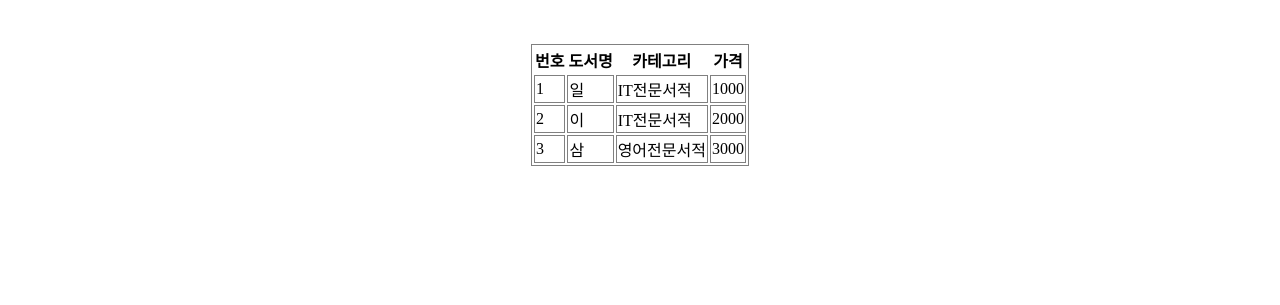
Repository: phoresis92/KITRI_JSP
Page: http://localhost/eljstl2/product.do
The author's editor kept a copy of each file at every save. The page is drawn from the files as they stood at one save, then again after the next save.
The browser window is 1280 px wide. The pictures show the whole page.
The page is served by Tomcat 9. Other server files are loaded and not shown.

Above is the page before, as saved 2018-12-20 07:07:08.

### JSP_workspace/eljstl2/WebContent/productlistresult.jsp
<%@ page import="dto.Product"%>
<%@ page import="java.util.ArrayList"%>
<%@ page language="java" contentType="text/html; charset=UTF-8"
	pageEncoding="UTF-8"%>
<%@ taglib prefix="c" uri="http://java.sun.com/jsp/jstl/core"%>
<!DOCTYPE html>
<html>
<head>
<meta charset="UTF-8">
<title>Insert title here</title>

<style type="text/css">
td {
	border: 1px solid gray;
}
</style>

</head>
<body>

	<%-- 	<%
		ArrayList<Product> list = (ArrayList<Product>) request.getAttribute("PROD");
		Product p1 = list.get(0);
		Product p2 = list.get(1);
		Product p3 = list.get(2);
	%>

	<table style="border: 1px solid gray;">
		<tr>
			<th>번호</th>
			<th>도서명</th>
			<th>카테고리</th>
			<th>가격</th>
		</tr>
		<%
			for (Product p : list) {
		%>
		<tr>
			<td><%=p.getProd_no()%></td>
			<td><%=p.getProd_name()%></td>
			<td><%=p.getProd_cate()%></td>
			<td><%=p.getProd_price()%></td>
		</tr>
		<%
			}
		%>

	</table> --%>

	<c:set var="list" value="${ PROD }" />
	<br><br>
	<table style="border: 1px solid gray; margin: auto;"">
		<tr>
			<th>번호</th>
			<th>도서명</th>
			<th>카테고리</th>
			<th>가격</th>
		</tr>

		<c:forEach items="${ list }" var="prod" varStatus="status">
			<tr>
				<td>${prod.prod_no}</td>
				<td>${prod.prod_name}</td>
				<td>${prod.prod_cate}</td>
				<td>${prod.prod_price}</td>
			</tr>
		</c:forEach>

	</table>

</body>
</html>

### JSP_workspace/eljstl2/src/control/ProductListServlet.java
package control;

import java.io.IOException;
import java.util.ArrayList;
import java.util.List;

import javax.servlet.RequestDispatcher;
import javax.servlet.ServletException;
import javax.servlet.annotation.WebServlet;
import javax.servlet.http.HttpServlet;
import javax.servlet.http.HttpServletRequest;
import javax.servlet.http.HttpServletResponse;

import dto.Category;
import dto.Product;

@WebServlet("/product.do")
public class ProductListServlet extends HttpServlet {
	private static final long serialVersionUID = -5727566417040289456L;

	@Override
	protected void doGet(HttpServletRequest req, HttpServletResponse resp) throws ServletException, IOException {

		List<Product> list = new ArrayList<>();

		Category cate = new Category("it", "IT전문서적");

		Product p1 = new Product("1", "일", cate, 1000);
		list.add(p1);
		Product p2 = new Product("2", "이", cate, 2000);
		list.add(p2);

		Category cate1 = new Category("en", "영어전문서적");
		Product p3 = new Product("3","삼", cate1, 3000);
		list.add(p3);

		req.setAttribute("PROD", list);
		String path = "/productlistresult.jsp";
		RequestDispatcher rd = req.getRequestDispatcher(path);
		rd.forward(req, resp);
	}



}

### JSP_workspace/eljstl2/src/dto/Category.java
package dto;

public class Category {

	private String cate_no;
	private String cate_name;

	public Category() {
		super();
	}

	public Category(String cate_no, String cate_name) {
		super();
		this.cate_no = cate_no;
		this.cate_name = cate_name;
	}



	@Override
	public String toString() {
		return cate_name;
	}

	public String getCate_no() {
		return cate_no;
	}
	public void setCate_no(String cate_no) {
		this.cate_no = cate_no;
	}
	public String getCate_name() {
		return cate_name;
	}
	public void setCate_name(String cate_name) {
		this.cate_name = cate_name;
	}

}

### JSP_workspace/eljstl2/src/dto/Product.java
package dto;

public class Product {

	private String prod_no;
	private String prod_name;
	private Category prod_cate;
	private int prod_price;



	@Override
	public String toString() {
		return "Product [prod_no=" + prod_no + ", prod_name=" + prod_name + ", prod_cate=" + prod_cate + ", prod_price="
				+ prod_price + "]";
	}

	public Product(String prod_no, String prod_name, Category prod_cate, int prod_price) {
		super();
		this.prod_no = prod_no;
		this.prod_name = prod_name;
		this.prod_cate = prod_cate;
		this.prod_price = prod_price;
	}

	public Product() {
		super();
	}

	public String getProd_no() {
		return prod_no;
	}
	public void setProd_no(String prod_no) {
		this.prod_no = prod_no;
	}
	public String getProd_name() {
		return prod_name;
	}
	public void setProd_name(String prod_name) {
		this.prod_name = prod_name;
	}
	public Category getProd_cate() {
		return prod_cate;
	}
	public void setProd_cate(Category prod_cate) {
		this.prod_cate = prod_cate;
	}
	public int getProd_price() {
		return prod_price;
	}
	public void setProd_price(int prod_price) {
		this.prod_price = prod_price;
	}

}

After the next save:
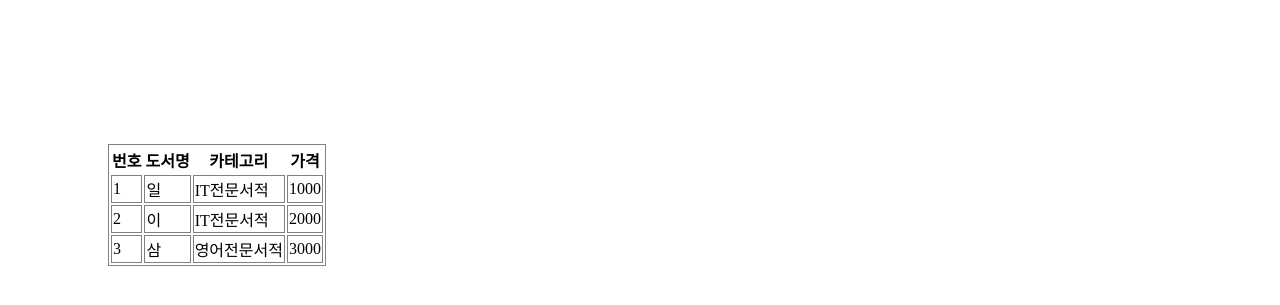
Saved 9 s later.
--- a/JSP_workspace/eljstl2/WebContent/productlistresult.jsp
+++ b/JSP_workspace/eljstl2/WebContent/productlistresult.jsp
@@ -49,7 +49,7 @@ td {
 
 	<c:set var="list" value="${ PROD }" />
 	<br><br>
-	<table style="border: 1px solid gray; margin: auto;"">
+	<table style="border: 1px solid gray; margin: 100px;"">
 		<tr>
 			<th>번호</th>
 			<th>도서명</th>
